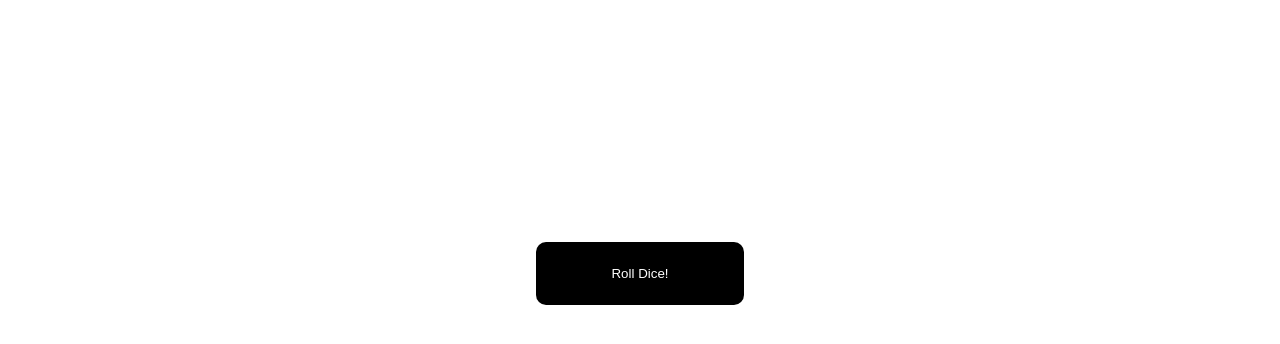
Repository: zhapar/dice
Page: /
The author's editor kept a copy of each file at every save. The page is drawn from the files as they stood at one save, then again after the next save.
The browser window is 1280 px wide. The pictures show the whole page.
The project was rebuilt for these pictures with package versions that can differ from the ones it lists, and the page was loaded fresh each time.

Above is the page before, as saved 2020-08-21 18:20:42.

After the next save:
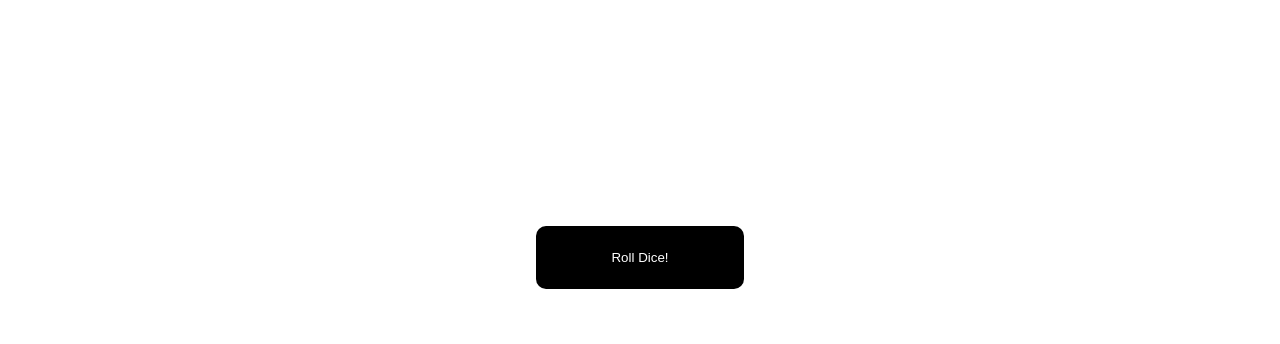
Saved 6 s later.
--- a/src/RollDice.css
+++ b/src/RollDice.css
@@ -5,5 +5,5 @@
   background-color: #000;
   color: #ffffff;
   padding: 1.5rem;
-  margin-top: 3rem;
+  margin-top: 2rem;
 }
